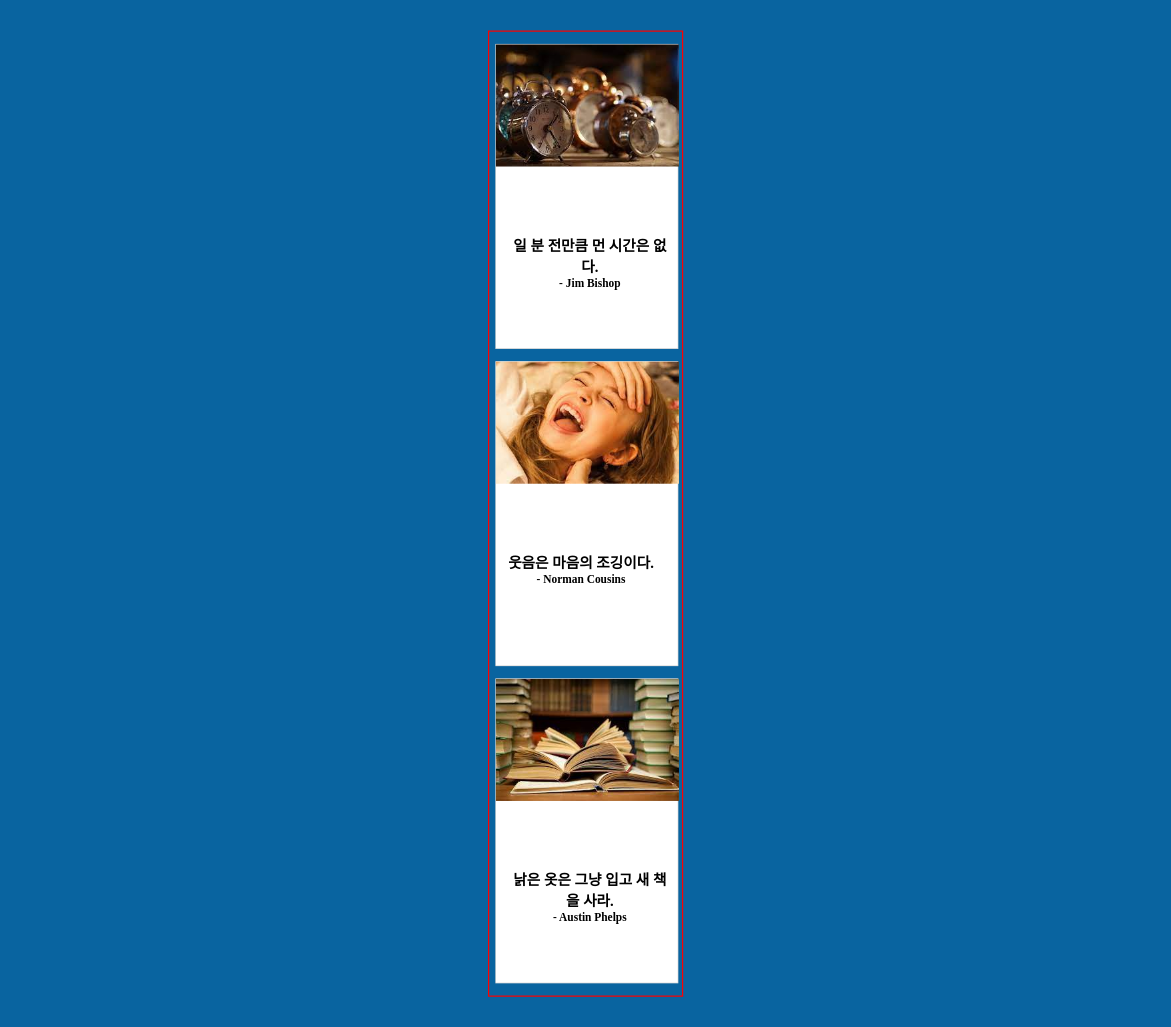
Repository: b1996om/HTML-CSS_study
Page: pro09/public/mediaQuery.html
An editor plug-in stored every save of this project. The page is shown before and after the next save, followed by the edit.
The browser window is 1920 px wide. The pictures show the whole page, at 61% of full size.

Above is the page before, as saved 2022-12-09 05:52:15.

### pro09/public/mediaQuery.html
<!DOCTYPE html>
<html lang="ko">
<head>
	<meta charset="utf-8">
	<title>미디어쿼리를 이용한 웹 문서 만들기(실습)</title>
	<style>
		* {
			margin:0;
			padding:0;
			box-sizing:border-box;
		}
		body {
			background:rgb(9, 100, 160);
		}
		#con {
		 	border:2px solid red;
			width:320px;
			margin:50px auto;  /* 위아래 50px, 좌우 auto */
		}
		.card {
			position:relative;
			width:300px;
			height:500px;
			margin:20px 10px;
			border:1px solid #0f0f0f33;
			background-color:#ffffff;
		}
		.card img {
			display:block;
		}
		.words {
			position:absolute;
			left:10px;
			top:300px;
			padding:10px;
			text-align:center;
		}

		@media screen and (min-width:768px) and (max-width:1719px) {
			#con {
				width:570px;
				margin:50px auto;
			}
			.card {
				position:relative;
				width:550px;
				height:250px;
				margin:20px 10px;
				border:1px solid #0f0f0f33;
				background-color:#ffffff;
			}
			.words {
				position:absolute;
				width:200px;
				left:310px;
				top:50px;
				text-align:center;
			}
		}

	</style>
</head>
<body>
	<div id="con">
		<div class="card">
			<img src="images/1.jpg" width="300" height="200" alt="이미지1">
			<div class="words">
				<h2>일 분 전만큼 먼 시간은 없다.</h2>
				<h3>- Jim Bishop</h3>
			</div>
		</div>
		<div class="card">
			<img src="images/2.jpg" width="300" height="200" alt="이미지2">
			<div class="words">
				<h2>웃음은 마음의 조깅이다.</h2>
				<h3>- Norman Cousins</h3>
			</div>
		</div>
		<div class="card">
			<img src="images/3.jpg" width="300" height="200" alt="이미지3">
			<div class="words">
				<h2>낡은 옷은 그냥 입고 새 책을 사라.</h2>
				<h3>- Austin Phelps</h3>
			</div>
		</div>
	</div>
</body>
</html>

After the next save:
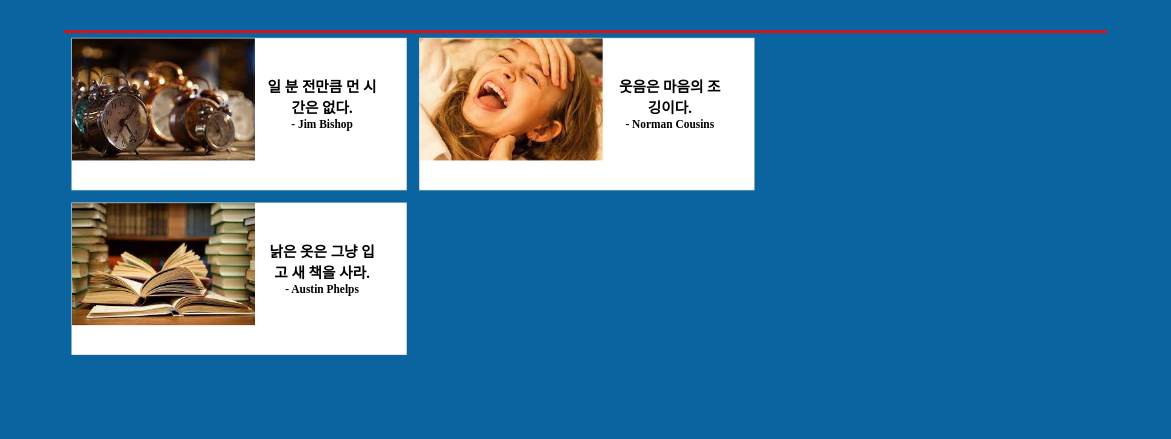
Saved 3 min 15 s later.
--- a/pro09/public/mediaQuery.html
+++ b/pro09/public/mediaQuery.html
@@ -58,6 +58,29 @@
 			}
 		}
 
+		@media screen and (min-width:1720px) {
+			#con {
+				width:1710px;
+				margin:50px auto;
+			}
+			.card {
+				position:relative;
+				float:left;
+				width:550px;
+				height:250px;
+				margin:10px;
+				border:1px solid #0f0f0f33;
+				background-color:#ffffff;
+			}
+			.words {
+				position:absolute;
+				left:310px;
+				top:50px;
+				text-align:center;
+				width:200px;
+			}
+		}
+
 	</style>
 </head>
 <body>
